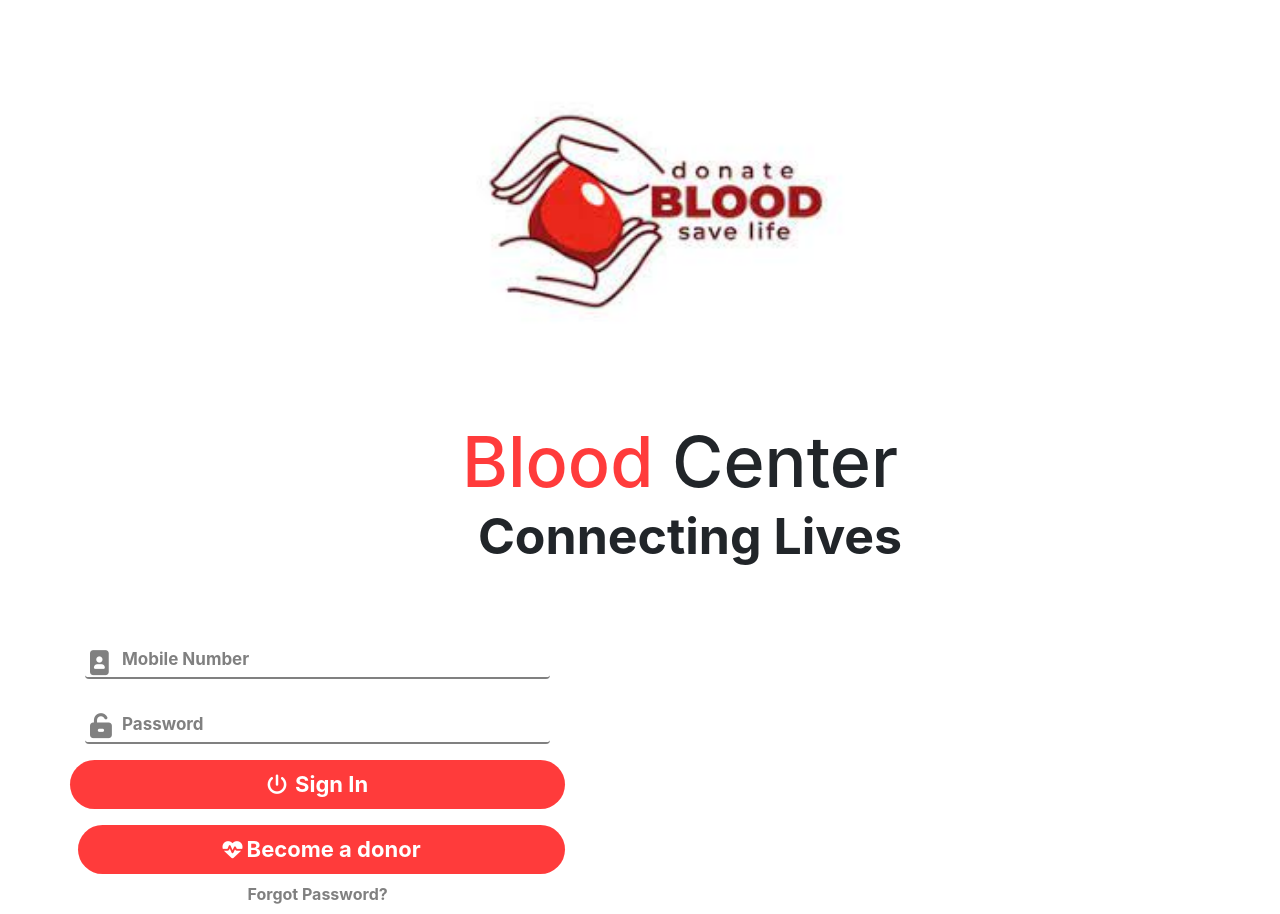
Repository: syedali042/jbds
Page: /
These files come from the project's save history. The page is drawn as it stood at one moment and after the next save; the edit follows.
The browser window is 1280 px wide. The pictures show the whole page.
Some web libraries are served in a nearby version. The project was rebuilt for these pictures with package versions that can differ from the ones it lists, and the page was loaded fresh each time. Also part of the build but not shown: src/components/Header.js, src/components/About.js, src/components/Register.js, src/components/Header2.js, src/components/Home.js, src/components/Header4.js, src/components/Request.js, src/components/Header3.js and 1 more.

Above is the page before, as saved 2021-11-09 20:26:35.

### public/index.html
<!DOCTYPE html>
<html lang="en">
  <head>
    <meta charset="utf-8" />
    <link rel="icon" href="%PUBLIC_URL%/favicon.ico" />
    <meta name="viewport" content="width=device-width, initial-scale=1" />
    <meta name="theme-color" content="#000000" />
    <meta
      name="description"
      content="Web site created using create-react-app"
    />
    <!--FontAwesome-->
    <script src="https://kit.fontawesome.com/f4576591a8.js" crossorigin="anonymous"></script>
    <!--FontAwesome ends-->
    <!--bootstrap-->
    <link rel="stylesheet" href="https://maxcdn.bootstrapcdn.com/bootstrap/4.0.0/css/bootstrap.min.css"
      integrity="sha384-Gn5384xqQ1aoWXA+058RXPxPg6fy4IWvTNh0E263XmFcJlSAwiGgFAW/dAiS6JXm" crossorigin="anonymous">
    <!--bootstrap ends-->
    <link rel="apple-touch-icon" href="%PUBLIC_URL%/logo192.png" />
    <!--
      manifest.json provides metadata used when your web app is installed on a
      user's mobile device or desktop. See https://developers.google.com/web/fundamentals/web-app-manifest/
    -->
    <link rel="manifest" href="%PUBLIC_URL%/manifest.json" />
    <!--
      Notice the use of %PUBLIC_URL% in the tags above.
      It will be replaced with the URL of the `public` folder during the build.
      Only files inside the `public` folder can be referenced from the HTML.

      Unlike "/favicon.ico" or "favicon.ico", "%PUBLIC_URL%/favicon.ico" will
      work correctly both with client-side routing and a non-root public URL.
      Learn how to configure a non-root public URL by running `npm run build`.
    -->
    <title>React App</title>
  </head>
  <body>
    <noscript>You need to enable JavaScript to run this app.</noscript>
    <div id="root"></div>
    <!--Jquery-->
    <script src="https://code.jquery.com/jquery-3.2.1.slim.min.js"
      integrity="sha384-KJ3o2DKtIkvYIK3UENzmM7KCkRr/rE9/Qpg6aAZGJwFDMVNA/GpGFF93hXpG5KkN" crossorigin="anonymous"></script>
    <script src="https://cdnjs.cloudflare.com/ajax/libs/popper.js/1.12.9/umd/popper.min.js"
      integrity="sha384-ApNbgh9B+Y1QKtv3Rn7W3mgPxhU9K/ScQsAP7hUibX39j7fakFPskvXusvfa0b4Q" crossorigin="anonymous"></script>
    <script src="https://maxcdn.bootstrapcdn.com/bootstrap/4.0.0/js/bootstrap.min.js"
      integrity="sha384-JZR6Spejh4U02d8jOt6vLEHfe/JQGiRRSQQxSfFWpi1MquVdAyjUar5+76PVCmYl" crossorigin="anonymous"></script>
    <!--Jquery ends-->
  </body>
</html>

### src/App.js
import './App.css';
import Login from './components/Login';
import About from './components/About';
import Register from './components/Register';
import Home from './components/Home';
import Request from './components/Request';
import Create from './components/Create';
import {
  BrowserRouter as Router,
  Switch,
  Route,
  Link
} from "react-router-dom";


function App() {
  return (
    <Router>
      <Switch>
        <Route path="/About">
          <About/>
        </Route>
        <Route path="/Login">
          <Login />
        </Route>
        <Route path="/Register">
          <Register />
        </Route>
        <Route path="/Create">
          <Create />
        </Route>
        <Route path="/Request">
          <Request />
        </Route>
        <Route path="/Home">
          <Home />
        </Route>
        <Route path="/">
          <Login />
        </Route>
      </Switch>
    </Router>
  );
}

export default App;

### src/App.css
*{
  margin: 0;
  padding: 0;
}
.con{
  font-size: 25px;
  font-weight: bold;
  position: relative;
  bottom: 35px;
  padding: 5px;
}
.em{
  border: none;
  border-bottom: 2px solid gray;
}
.pass{
  border: none;
  border-bottom: 2px solid gray;
}
.placehorder::placeholder {
  font-weight: bolder;
  color: gray;
  position: relative;
  left: 25px;
  font-size: 17px;
}
.forgot{
  color: gray;
  font-weight: bolder;
}
.login{
  color: gray;
  font-weight: bolder;
}
.fa-portrait{
  font-size: 20px;
  position: relative;
  top: 30px;
  left: 5px;
  color: gray;
}
.fa-unlock-alt{
   font-size: 20px;
  position: relative;
  top: 30px;
  left: 5px;
  color: gray;
}
.sign{
  width: 230px;
  position: relative;
  font-size: 22px;
  border-radius: 30px;
  background-color: #FF3B3B;
  color: white;
  font-weight: bolder;
  border: none;
}
.fa-power-off{
  font-size: 20px;
  position: relative;

  color: white ;
}
.donor{
  width: 230px;
  position: relative;
  font-size: 22px;
  border-radius: 30px;
  background-color: #FF3B3B;
  color: white;
  font-weight: bolder;
  border: none;
  letter-spacing: o.1;
}
.fa-heartbeat{
   font-size: 20px;
  position: relative;

  color: white ;
}
@media screen and (max-width: 440px){

  .con{
  font-size: 20px;
  font-weight: bold;
  position: relative;
  bottom: 35px;
  padding: 5px;
}
.blood{
  font-size: 27px;
}
.formik{
  position: relative;
  bottom: 50px;
}
.pass{
  border: none;
  border-bottom: 2px solid gray;

}

.donor{
  width: 210px;
  position: relative;
  font-size: 22px;
  border-radius: 30px;
  background-color: #FF3B3B;
  color: white;
  font-weight: bolder;
  border: none;
  letter-spacing: o.1;
}
.sign{
  width: 210px;
  position: relative;
  font-size: 22px;
  border-radius: 30px;
  background-color: #FF3B3B;
  color: white;
  font-weight: bolder;
  border: none;
}

}
@media screen and (min-width: 768px){


  .img{
  position: relative;
  width: 400px;
  left: 40px;
}
  .con{
  font-size: 50px;
  font-weight: bold;
  position: relative;
  bottom: 35px;
  padding: 5px;
  left: 50px;
}
.blood{
  font-size: 70px;
  position: relative;
  left: 40px;
}

.name{
  border: none;
  border-bottom: 2px solid gray;
   margin-top: 10px;
  height: 70px;
}


.adress{
    border: none;
  border-bottom: 2px solid gray;
   margin-top: 10px;
  height: 70px;
}
input::placeholder {
  font-weight: bolder;
  color: gray;
  position: relative;
  left: 45px;
  font-size: 30px;
}
.fa-portrait{
  font-size: 25px;
  position: relative;
  top: 37px;
  left: 5px;
  color: gray;
}
.fa-unlock-alt{
   font-size: 25px;
  position: relative;
  top: 35px;
  left: 5px;
  color: gray;
}
.fa-mobile-alt{
    font-size: 30px;
  position: relative;
  top: 55px;
  left: 5px;
  color: gray;
}
.fa-map-marker-alt{
   font-size: 30px;
  position: relative;
  top: 55px;
  left: 5px;
  color: gray;
}
.fa-disease{
 font-size: 30px;
  position: relative;
  top: 55px;
  left: 5px;
  color: gray;
}

.sign{
  width: 300px;
  position: relative;
  font-size: 22px;
  border-radius: 30px;
  background-color: #FF3B3B;
  color: white;
  font-weight: bolder;
  border: none;
}

.donor{
  width: 300px;
  position: relative;

  font-size: 22px;
  border-radius: 30px;
  background-color: #FF3B3B;
  color: white;
  font-weight: bolder;
  border: none;
  letter-spacing: o.1;
}

}
.header{
  background-color: #FF3B3B;
  padding: 3px;
}
.fa-chevron-left{
  color: white;
}
.profile{
  color: white;

}
.kelly{
  font-size: 23px;
  font-weight: bolder;
}
.girl{
  width: 70px;
  border-radius: 50px;
  margin-left: 50px;
  position: relative;
  bottom: 10px;
}
.r1{
  margin-top: 40px;
}

.name{
  border: none;
  border-bottom: 2px solid gray;
}
.num{
   border: none;
  border-bottom: 2px solid gray;
}
.adress{
    border: none;
  border-bottom: 2px solid gray;
}
.r2{
  background-color: rgb(247, 238, 238);
  border-radius: 15px;
  border: 1px solid transparent;
}
.update{

  position: relative;
  font-size: 22px;
  border-radius: 30px;
  background-color: #FF3B3B;
  color: white;
  font-weight: bolder;
  border: none;
}
.fa-mobile-alt{
   font-size: 20px;
  position: relative;
  top: 30px;
  left: 5px;
  color: gray;
}
.bloodGroup{
   border: none;
  border-bottom: 2px solid gray;
}
.fa-disease{
  font-size: 20px;
  position: relative;
  top: 30px;
  left: 5px;
  color: gray;
}
.city{
  border: none;
  border-bottom: 2px solid gray;
}
.fa-map-marker-alt{
  font-size: 20px;
  position: relative;
  top: 30px;
  left: 5px;
  color: gray;
}
.fa-arrow-right{
   font-size: 30px;
  position: relative;
 top: 5px;
  color:white;
}
.bodyOfHeader2{
   background-color: #FF3B3B;
   color: white;
}
.fa-search{
  position: relative;
  left: 90%;
  bottom: 30px;
  color: gray;
  font-size: 25px;
}
.groups{
 display: flex;
 margin-left: 5px;
}
.groups >div {
  background-color: #FF3B3B;
  width: 30px;
  margin: 7px;
  text-align: center;
  font-size: 20px;
  color: white;
  border-radius: 5px;
}
.HomeRow{
  border-bottom: 1px solid gray;
}
.sidebar{
  width: 60%;
  height: 100vh;
  position: absolute;
  background-color: #FF3B3B ;
  z-index: 1;
}
.create{
  color: white;
  margin-right: 30px;
}
.conReq{
  margin-top: 20px;
  background-color: rgb(216, 220, 230);
  border-radius: 5px;
}

### src/components/Login.js
import React from 'react';
import {Formik} from 'formik';


function Login() {
    return (

            <div className="container">
                <div className="d-flex align-items-center justify-content-center">
                    <div>
                        <img src="./images/download.jfif" alt="there is no image" className="img"/>
                        <h2 className="blood text-center"><span style={{color:'#FF3B3B'}}>Blood</span> Center</h2><br>
                        </br>
                        <h5 className="con text-center">Connecting Lives</h5>
                    </div>
                </div>
                <div className="container">
                    <div className="row">
                    <div>

                                <Formik
                                    initialValues={{ email: '', password: '' }}
                                    validate={values => {
                                        const errors = {};
                                        if (!values.email) {
                                            errors.email = 'Required';
                                        } else if (
                                            !/^[A-Z0-9._%+-]+@[A-Z0-9.-]+\.[A-Z]{2,}$/i.test(values.email)
                                        ) {
                                            errors.email = 'Invalid email address';
                                        }
                                        return errors;
                                    }}
                                    onSubmit={(values, { setSubmitting }) => {
                                        setTimeout(() => {
                                            alert(JSON.stringify(values, null, 2));
                                            setSubmitting(false);
                                        }, 400);
                                    }}
                                >
                                    {({
                                        values,
                                        errors,
                                        touched,
                                        handleChange,
                                        handleBlur,
                                        handleSubmit,
                                        isSubmitting,
                                        /* and other goodies */
                                    }) => (
                                    <form onSubmit={handleSubmit} className="formik">
                                        <i className="fas fa-portrait"></i>
                                            <input
                                            type="email" className="placehorder form-control em"
                                                name="email"
                                                onChange={handleChange}
                                                onBlur={handleBlur}
                                                value={values.email}
                                                placeholder="Mobile Number"

                                            />

                                            {errors.email && touched.email && errors.email}
                                        <i className="fas fa-unlock-alt"></i>
                                            <input
                                            type="password" className="placehorder form-control pass"
                                                name="password"
                                                onChange={handleChange}
                                                onBlur={handleBlur}
                                                value={values.password}
                                                placeholder="Password"
                                            />

                                            {errors.password && touched.password && errors.password}
                                        <div className="row d-flex align-items-center justify-content-center">
                                            <button type="submit" disabled={isSubmitting} className="sign p-2 mt-3 w-100">
                                                <i className="fas fa-power-off mr-2 "></i>Sign In
                                            </button>
                                            <button className="donor p-2 mt-3 ml-2 w-100">
                                                <i className="fas fa-heartbeat mr-1 "></i>Become a donor
                                            </button>
                                            <a href="#" className="forgot p-2">Forgot Password?</a>
                                        </div>

                                        </form>
                                    )}
                                </Formik>
                        </div>
                    </div>
                </div>
        </div>
    )
}

export default Login

Loaded but not shown: src/index.js (common file); src/index.css (common file); src/reportWebVitals.js (common file)

After the next save:
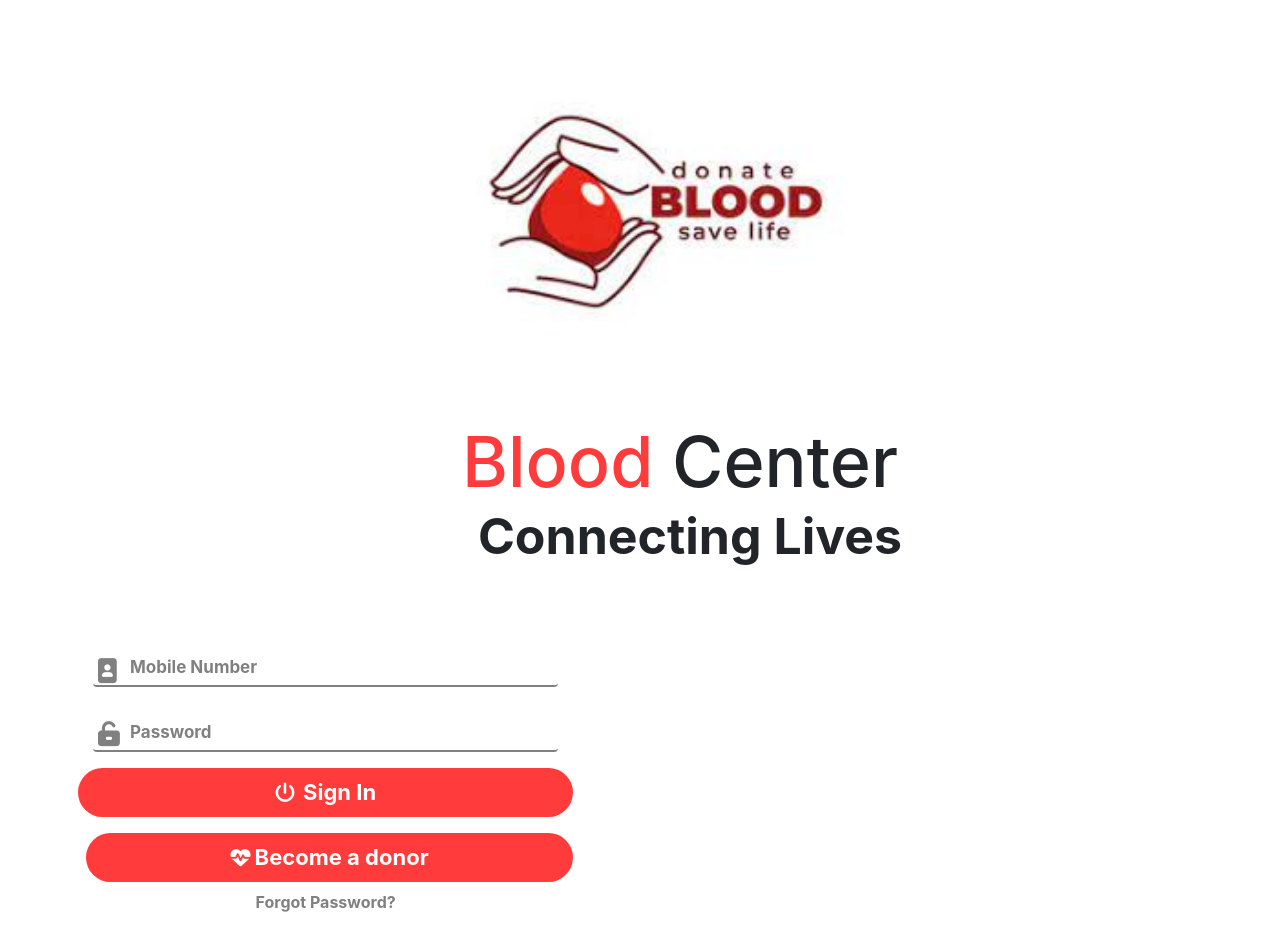
Saved 33 s later.
--- a/src/components/Login.js
+++ b/src/components/Login.js
@@ -15,7 +15,7 @@ function Login() {
                     </div>
                 </div>
                 <div className="container">
-                    <div className="row">
+                    <div className="row p-2">
                     <div>
 
                                 <Formik
